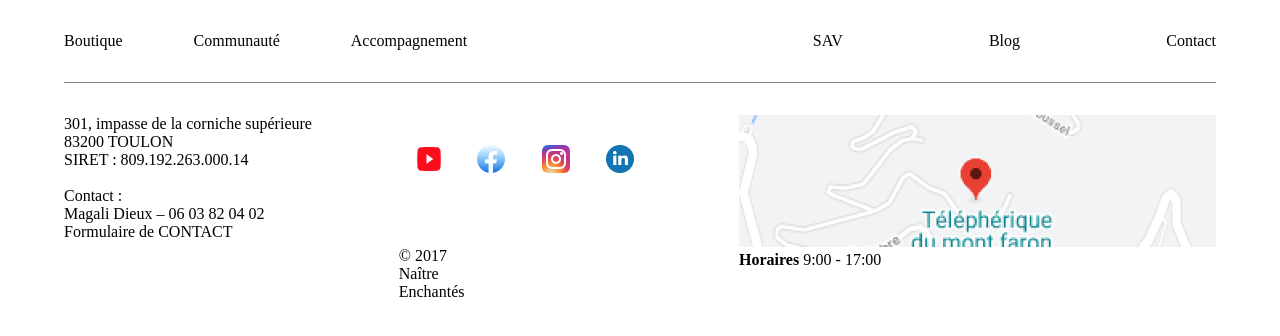
Repository: Khadija-Asa/naitre-enchantes
Page: footer.html
The author's editor kept a copy of each file at every save. The page is drawn from the files as they stood at one save, then again after a run of saves.
The browser window is 1280 px wide. The pictures show the whole page.

Above is the page before, as saved 2020-11-24 23:22:48.

### footer.html
<!DOCTYPE html>
<html lang="en">
<head>
    <meta charset="UTF-8">
    <meta name="viewport" content="width=device-width, initial-scale=1.0">
    <title>naître enchantés</title>
    <link rel="stylesheet" href="footer.css">
</head>
<body>
    <footer>
        <div class="footer_top">
            <ul class="top_left">
                <li>Boutique</li>
                <li>Communauté</li>
                <li>Accompagnement</li>
            </ul>
            <ul class="top_right">
                <li>SAV</li>
                <li>Blog</li>
                <li>Contact</li>
            </ul>
        </div>
        <div class="footer_bottom">
            <div class="bottom_left">
                <p>301, impasse de la corniche supérieure <br>
                    83200 TOULON <br>
                    SIRET : 809.192.263.000.14 <br><br>

                    Contact : <br>
                    Magali Dieux – 06 03 82 04 02 <br>
                    Formulaire de CONTACT</p>
            </div>
            <div class="bottom_middle">
                <ul>
                    <li><a href=""><img src="img/youtube.png" alt="icon" class="icon_footer"></a></li>
                    <li><a href=""><img src="img/Group 1.png" alt="icon" class="icon_footer"></a></li>
                    <li><a href=""><img src="img/instagram.png" alt="icon" class="icon_footer"></a></li>
                    <li><a href=""><img src="img/linkedin.png" alt="icon" class="icon_footer"></a></li>
                </ul>
                <p> © 2017 Naître Enchantés</p>
            </div>
            <div class="bottom_right">
                <img src="img/Rectangle 38.png" alt="google map">
                <p> <b> Horaires </b> 9:00 - 17:00</p>
            </div>
        </div>
    </footer>
</body>
</html>

### footer.css
* {
    margin: 0;
    padding: 0;
    font-family: ;
}
footer {
    margin: 2em 5% 0;
}
.footer_top {
    display: flex;
    justify-content: space-between;
    flex-wrap: wrap;
    align-items: center;
    margin: 2em auto;
    padding-bottom: 2em;
    border-bottom: solid 1px gray;
}

.top_left,
.top_right {
    display: flex;
    justify-content: space-between;
    flex-wrap: wrap;
    align-items: center;
    list-style: none;
    width: 35%;
}

.footer_bottom {
    display: flex;
    justify-content: space-between;
    flex-wrap: wrap;
}
.footer_bottom ul {
    list-style: none;
    display: flex;
    justify-content: space-around;
    flex-wrap: wrap;
    align-items: center;
    margin: 1.5em auto 4em;
}
.footer_bottom li a {
    color: black;
    text-decoration: none;
}

.bottom_middle {
    width: 22%;
}
.bottom_middle p {
    width: 22%;
}

After the next 3 saves:
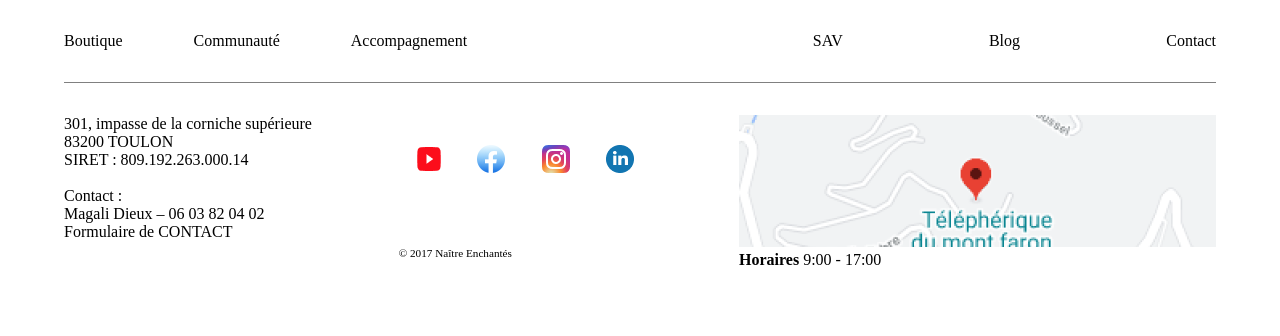
The 3 saves are shown as one change because they came seconds apart.
The last was saved 10 s later.
--- a/footer.css
+++ b/footer.css
@@ -48,5 +48,5 @@ footer {
     width: 22%;
 }
 .bottom_middle p {
-    width: 22%;
+    font-size: .7em;
 }
